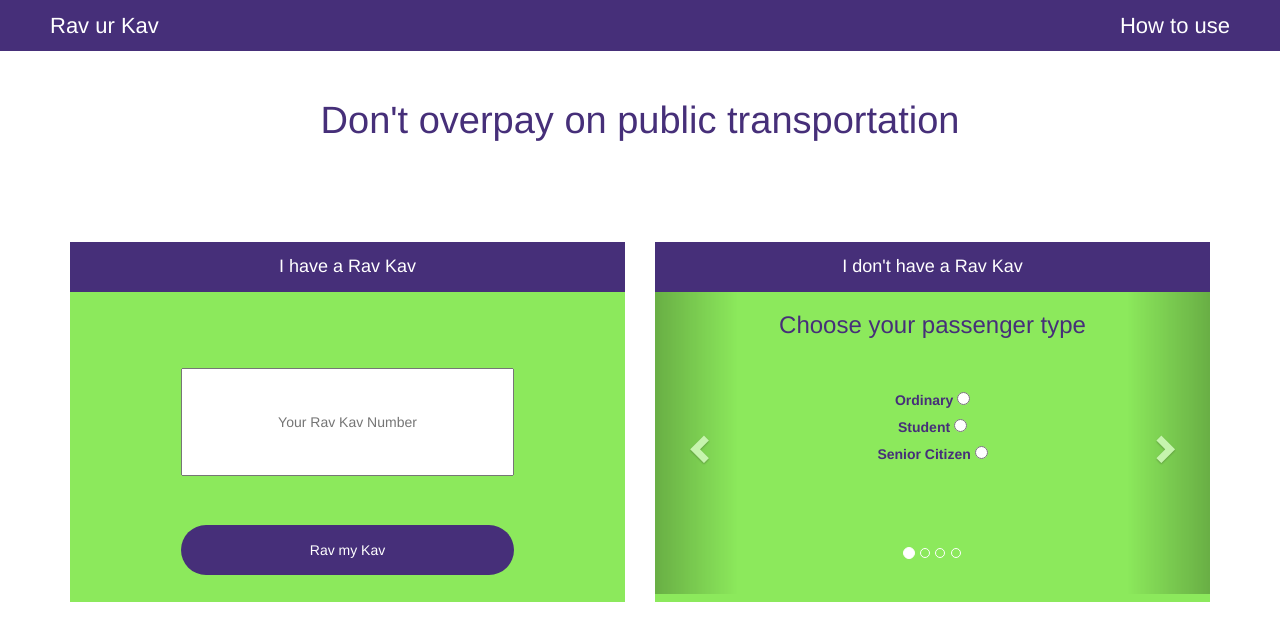
Repository: Louhla/Rav-ur-Kav
Page: index.html
These files come from the project's save history. The page is drawn as it stood at one moment and after the next save; the edit follows.
The browser window is 1280 px wide. The pictures show the whole page.

Above is the page before, as saved 2019-07-17 22:13:13.

After the next save:
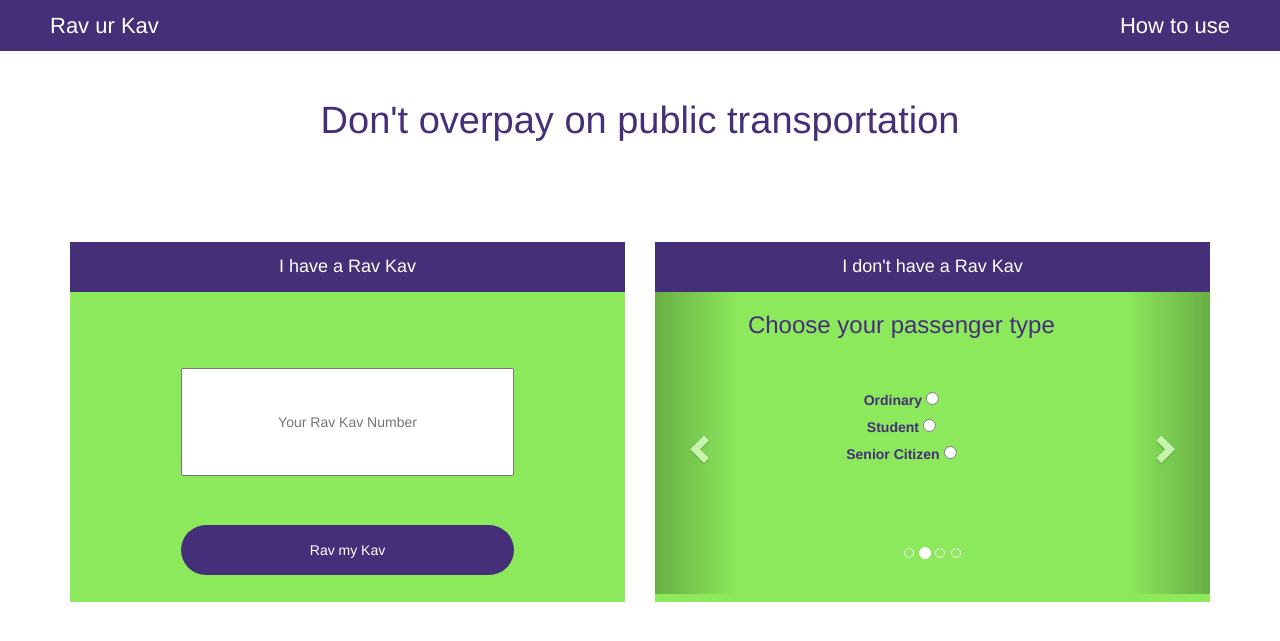
Console error: SyntaxError: Identifier 'reccomendedPlanButton' has already been declared
Saved 83 s later.
--- a/js/rav-ur-kav.js
+++ b/js/rav-ur-kav.js
@@ -13,6 +13,10 @@ $(document).ready(() => {
       $("#modal-wrapper").toggle();
     });
     // Rav my Kav button
+    let reccomendedPlanButton = $("#rav-kav-number-button");
+    $(reccomendedPlanButton).on("click", () => {
+        $("#recommended-plan").css("display", "flex");
+    })
     let reccomendedPlanButton = $("#rav-kav-number-button");
     $(reccomendedPlanButton).on("click", () => {
         $("#recommended-plan").css("display", "flex");

After the 6 saves that followed:
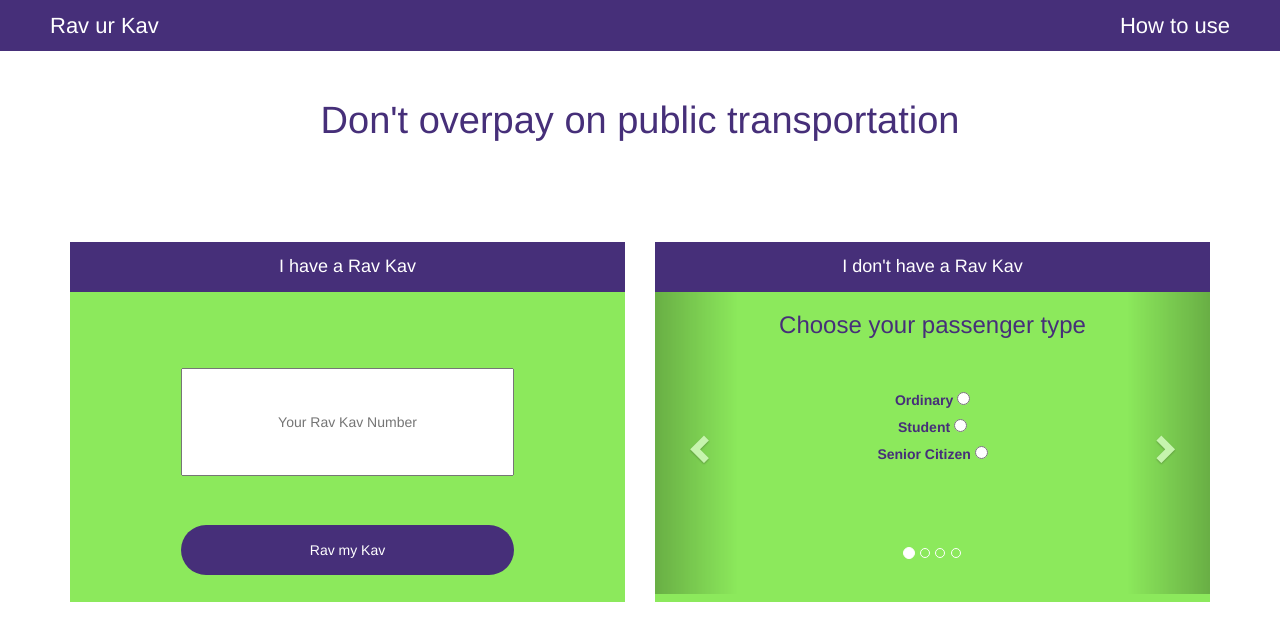
The error is gone.
The 6 saves are shown as one change because 1 left the picture as it was and some came seconds apart.
The last was saved 22 s later.
--- a/js/rav-ur-kav.js
+++ b/js/rav-ur-kav.js
@@ -13,10 +13,6 @@ $(document).ready(() => {
       $("#modal-wrapper").toggle();
     });
     // Rav my Kav button
-    let reccomendedPlanButton = $("#rav-kav-number-button");
-    $(reccomendedPlanButton).on("click", () => {
-        $("#recommended-plan").css("display", "flex");
-    })
     let reccomendedPlanButton = $("#rav-kav-number-button");
     $(reccomendedPlanButton).on("click", () => {
         $("#recommended-plan").css("display", "flex");
